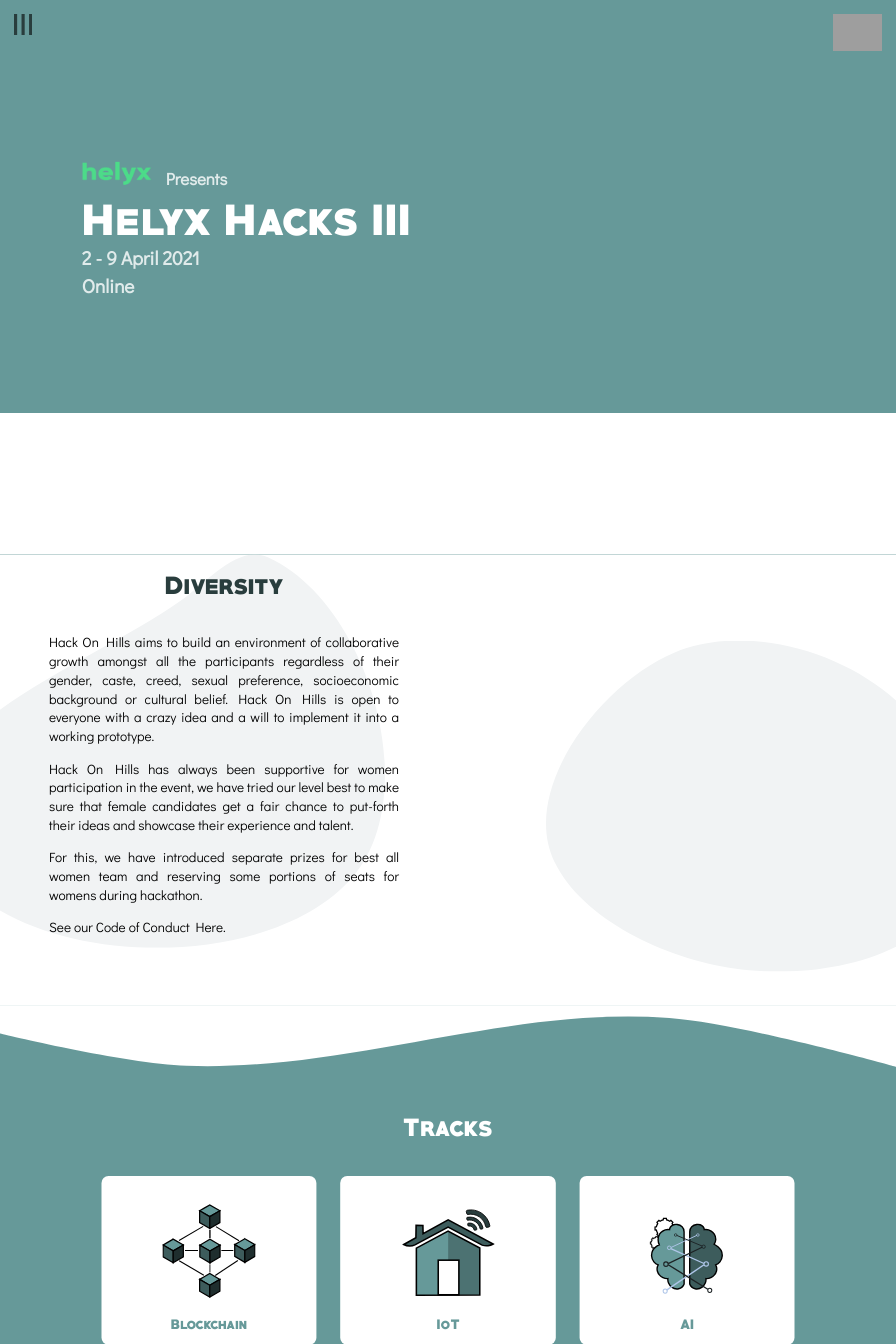
Repository: yashg4509/helyxhacksIII
Page: index.html
An editor plug-in stored every save of this project. The page is shown before and after the next save, followed by the edit.
The browser window is 1280 px wide. The pictures show the part of the page from y = 0 to 1920 px (the page is 8956 px tall), at 70% of full size.
Pictures or frames that could not be fetched are drawn as grey boxes. A picture or video elsewhere on the page could not be fetched, so the positions and the page height are approximate.

Above is the page before, as saved 2021-02-17 22:17:55.

After the next save:
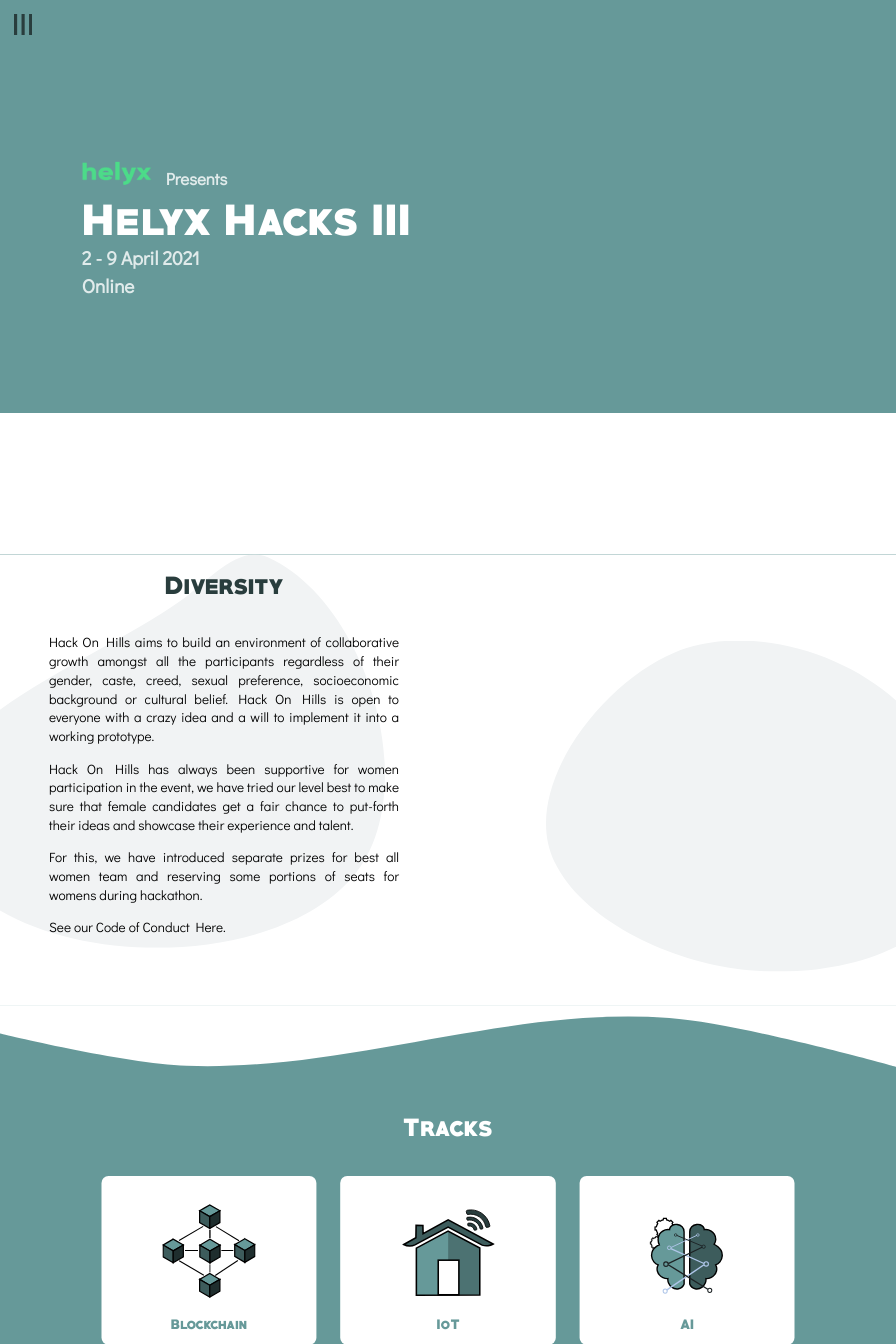
Saved 99 s later.
--- a/index.html
+++ b/index.html
@@ -80,9 +80,9 @@
 					</div> -->
 				</div>
 			</div>
-			<div class="app-team-icon">
+			<!-- <div class="app-team-icon">
 				<img src="./images/appteam.png">
-			</div>
+			</div> -->
 		</div>
 		<div class="frame frame2">
 			<img class="img-back-left" src="./images/back-2.svg">
